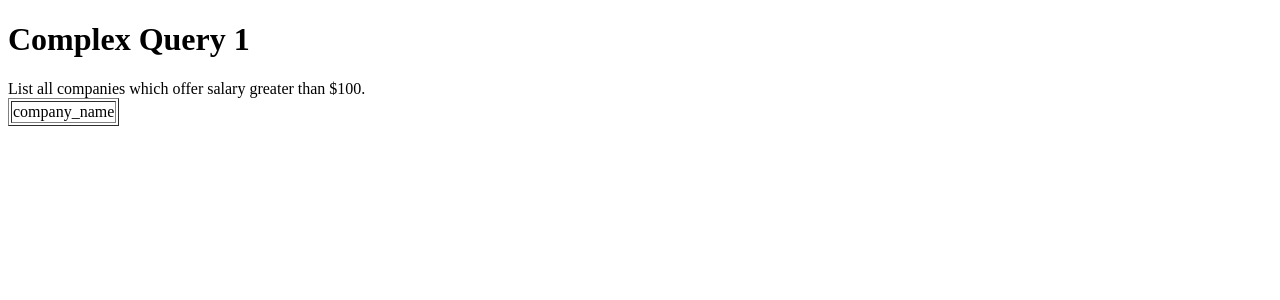
Repository: tanmaysarin/csjobdatabase
Page: http://localhost/CS480Demo/jsps/Queries/SimpleQuery3.jsp
These files come from the project's save history. The page is drawn as it stood at one moment and after the next save; the edit follows.
The browser window is 1280 px wide. The pictures show the whole page.
The page is served by Tomcat 9. Queries for data that is not in the repository find no rows.

Above is the page before, as saved 2020-08-02 00:03:10.

After the next save:
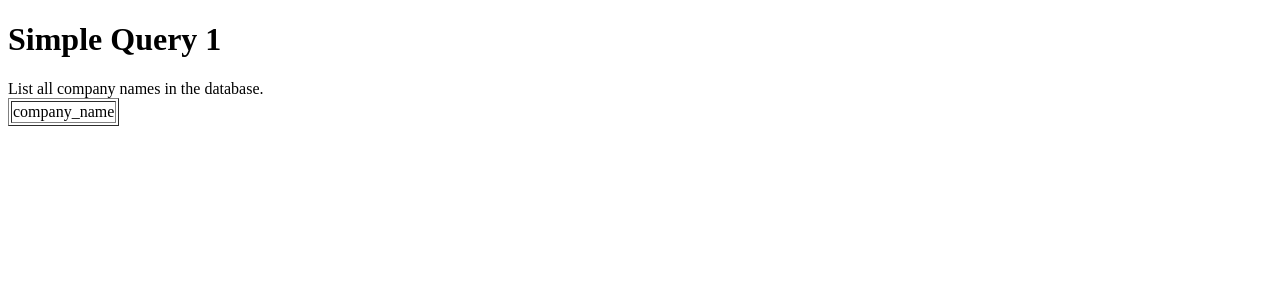
Saved 13 min 17 s later.
--- a/CS480Demo/WebContent/jsps/Queries/SimpleQuery3.jsp
+++ b/CS480Demo/WebContent/jsps/Queries/SimpleQuery3.jsp
@@ -30,12 +30,12 @@ ResultSet resultSet = null;
 <head>
 	<meta http-equiv="Content-Type" content="text/html; charset=UTF-8">
 
-	<title>Complex Query 1</title>
+	<title>Simple Query 1</title>
 </head>
 <body>
-	<h1>Complex Query 1</h1>
+	<h1>Simple Query 1</h1>
 
-	List all companies which offer salary greater than $100.
+	List all company names in the database.
 
 
 <table border="1">
